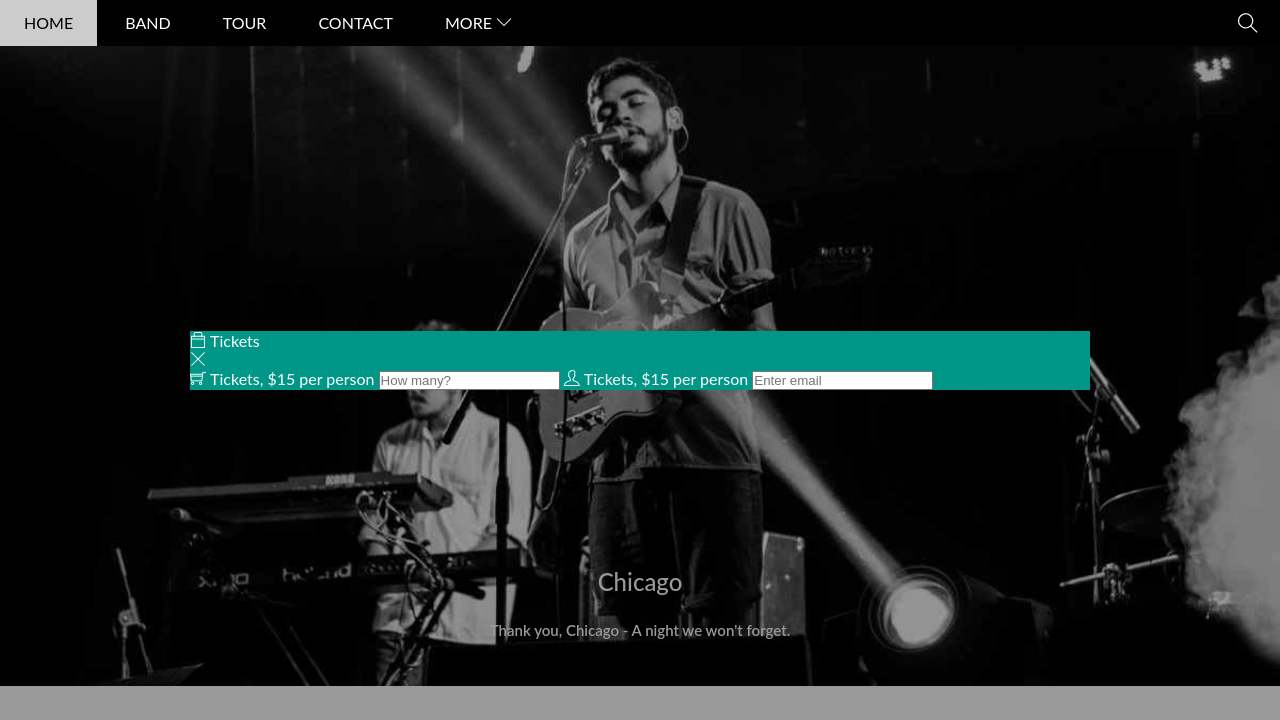
Repository: tatvanhco/web-dau-tay
Page: index.html
An editor plug-in stored every save of this project. The page is shown before and after the next save, followed by the edit.
The browser window is 1280 px wide. The pictures show the window.
A layer covers the whole window, so only the first screen is drawn.

Above is the page before, as saved 2022-01-24 17:26:27.

After the next save:
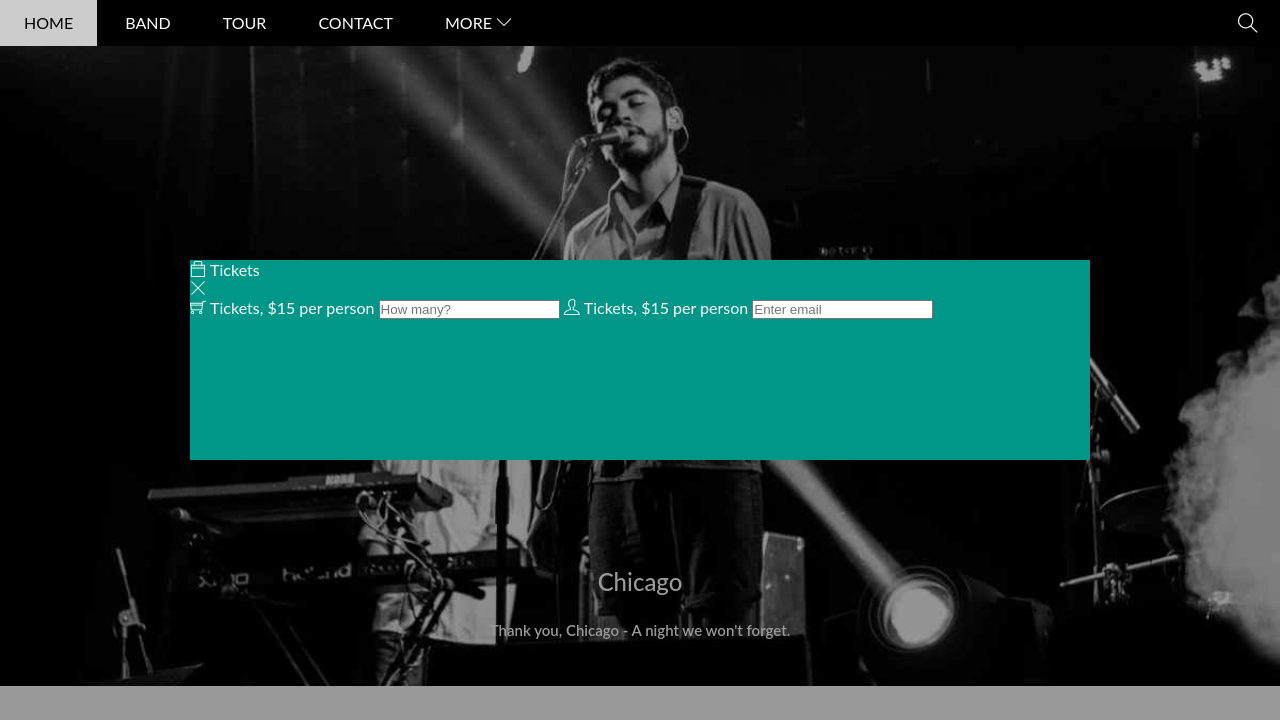
Saved 25 s later.
--- a/assets/css/style.css
+++ b/assets/css/style.css
@@ -380,4 +380,5 @@ html {
     color: #fff;
     background-color: #009688;
     width: 900px;
-}
+    min-height: 200px;
+}
